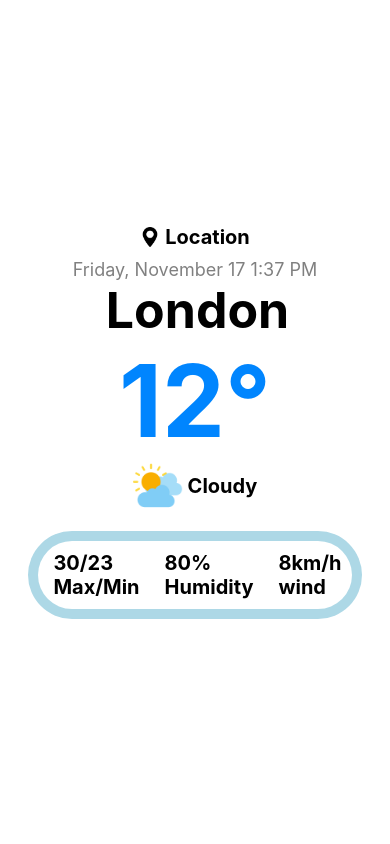
Repository: praveen080/react-native-weatherAppV1
Screen: /
These files come from the project's save history. The screen is drawn as it stood at one moment and after the next save; the edit follows.
The app was drawn by React Native's web renderer in a window 390 px wide. The project was rebuilt for these pictures with package versions that can differ from the ones it lists, and the page was loaded fresh each time. Also part of the build but not shown: Screens/startUp.js.

Above is the screen before, as saved 2023-11-17 14:17:31.

### App.js
import { StatusBar } from "expo-status-bar";
import { StyleSheet, Text, View } from "react-native";
import StartPage from "./Screens/startUp";
import Home from "./Screens/Home";

export default function App() {
  return (
    <View style={styles.container}>
      {/* <StartPage /> */}
      <Home />
    </View>
  );
}

const styles = StyleSheet.create({
  container: {
    flex: 1,
    backgroundColor: "#ff f",
    alignItems: "center",
    justifyContent: "center",
  },
});

### Screens/Home.js
import React from "react";
import { View, Text, Image, TouchableOpacity, StyleSheet } from "react-native";

const Home = () => {
  const currentDate = new Date();

  // Format the date and time
  const formattedDate = currentDate.toLocaleDateString("en-US", {
    weekday: "long",
    day: "numeric",
    month: "long",
  });

  const formattedTime = currentDate.toLocaleTimeString("en-US", {
    hour: "numeric",
    minute: "numeric",
    hour12: true,
  });
  return (
    <View style={styles.container}>
      {/* Location Text with Icon */}
      <TouchableOpacity style={styles.locationContainer}>
        <Image source={require("./assets/location.png")} style={styles.icon} />
        <Text style={styles.locationText}>Location</Text>
      </TouchableOpacity>

      {/* Current Time and Date */}
      <Text style={styles.dateTimeText}>
        {formattedDate} {formattedTime}
      </Text>
      <Text style={styles.location}>London</Text>

      {/* Numbers */}
      <View style={styles.numbersContainer}>
        <Text style={styles.number}>12°</Text>
      </View>

      <View style={styles.locationContainer}>
        <Image
          source={require("./assets/cloudy-day.png")}
          style={styles.iconS}
        />
        <Text style={styles.locationText}>Cloudy</Text>
      </View>
      <View style={styles.cardFull}>
        <View style={styles.locationContainer1}>
          <View style={styles.card}>
            <Text style={styles.locationText}>30/23</Text>
            <Text style={styles.locationText}>Max/Min</Text>
          </View>
          <View style={styles.card}>
            <Text style={styles.locationText}>80%</Text>
            <Text style={styles.locationText}>Humidity</Text>
          </View>
          <View style={styles.card}>
            <Text style={styles.locationText}>8km/h</Text>
            <Text style={styles.locationText}>wind</Text>
          </View>
        </View>
      </View>
    </View>
  );
};

export default Home;

export const styles = StyleSheet.create({
  container: {
    flex: 1,
    alignItems: "center",
    justifyContent: "center",
  },
  locationContainer: {
    flexDirection: "row",
    alignItems: "center",
  },
  locationContainer1: {
    flexDirection: "row",
    alignItems: "center",
    backgroundColor: "white",
    borderRadius: 50,
    margin: 10,
  },
  locationText: {
    fontSize: 20,
    marginLeft: 5,
    fontWeight: "bold",
  },
  location: {
    fontSize: 50,
    marginLeft: 5,
    fontWeight: "bold",
  },
  icon: {
    width: 20,
    height: 20,
  },
  iconS: {
    width: 50,
    height: 50,
  },
  dateTimeText: {
    fontSize: 18,
    marginTop: 10,
    color: "grey",
  },
  numbersContainer: {
    flexDirection: "row",
    alignItems: "center",
    // marginTop: 20,
  },
  number: {
    fontSize: 100,
    // marginRight: 10,
    fontWeight: "bold",
    color: "#0085FE",
  },
  logo: {
    width: 100,
    height: 100,
    marginTop: 20,
  },
  card: {
    margin: 10,
  },
  cardFull: {
    borderRadius: 50,
    backgroundColor: "lightblue",
    marginTop: 20,
  },
});

// // Weather.js

// import React, { useState } from "react";
// import { View, Text, TextInput, Button, StyleSheet } from "react-native";
// import axios from "axios";

// const Home = () => {
//   const [city, setCity] = useState("");
//   const [weatherData, setWeatherData] = useState(null);
//   const [error, setError] = useState("");

//   const apiKey = "2891236865fb81dd11cf0be56216e1cb";

//   const fetchWeatherData = async () => {
//     try {
//       const response = await axios.get(
//         `https://api.openweathermap.org/data/2.5/weather?q=${city}&appid=${apiKey}&units=metric`
//       );
//       setWeatherData(response.data);
//       setError("");
//     } catch (error) {
//       setWeatherData(null);
//       setError("City not found. Please try again.");
//     }
//   };

//   return (
//     <View style={styles.container}>
//       <Text style={styles.title}>Weather App</Text>
//       <TextInput
//         style={styles.input}
//         placeholder="Enter city"
//         value={city}
//         onChangeText={(text) => setCity(text)}
//       />
//       <Button title="Get Weather" onPress={fetchWeatherData} />
//       {weatherData && (
//         <View>
//           <Text>{`City: ${weatherData.name}`}</Text>
//           <Text>{`Temperature: ${weatherData.main.temp}°C`}</Text>
//           {/* Add more weather details as needed */}
//         </View>
//       )}
//       {error !== "" && <Text style={styles.error}>{error}</Text>}
//     </View>
//   );
// };

// const styles = StyleSheet.create({
//   container: {
//     flex: 1,
//     justifyContent: "center",
//     alignItems: "center",
//   },
//   title: {
//     fontSize: 20,
//     fontWeight: "bold",
//     marginBottom: 10,
//   },
//   input: {
//     height: 40,
//     borderColor: "gray",
//     borderWidth: 1,
//     marginBottom: 10,
//     padding: 10,
//     width: 200,
//   },
//   error: {
//     color: "red",
//     marginTop: 10,
//   },
// });

// export default Home;

After the next save:
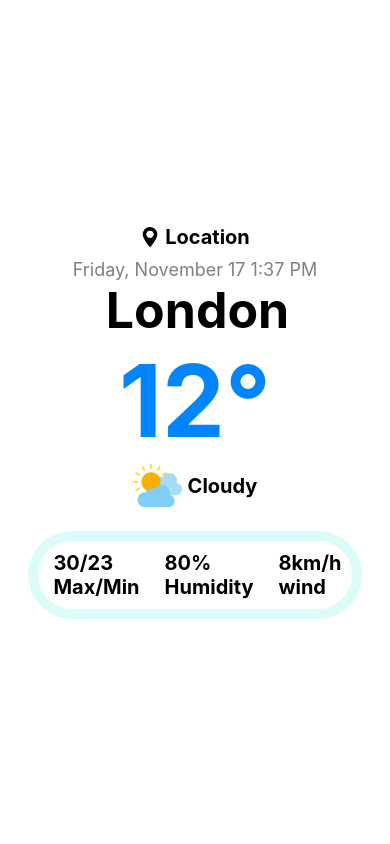
Saved 6 s later.
--- a/Screens/Home.js
+++ b/Screens/Home.js
@@ -125,7 +125,7 @@
   },
   cardFull: {
     borderRadius: 50,
-    backgroundColor: "lightblue",
+    backgroundColor: "#dcfcfa",
     marginTop: 20,
   },
 });

After the save that followed:
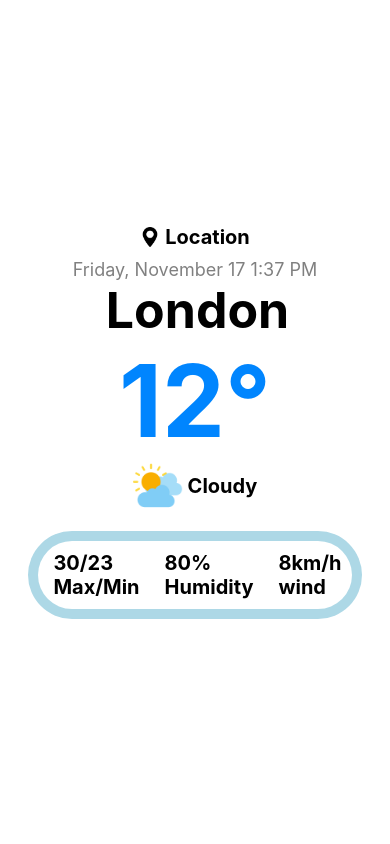
Saved 4 s later.
--- a/Screens/Home.js
+++ b/Screens/Home.js
@@ -125,7 +125,7 @@
   },
   cardFull: {
     borderRadius: 50,
-    backgroundColor: "#dcfcfa",
+    backgroundColor: "lightblue",
     marginTop: 20,
   },
 });
